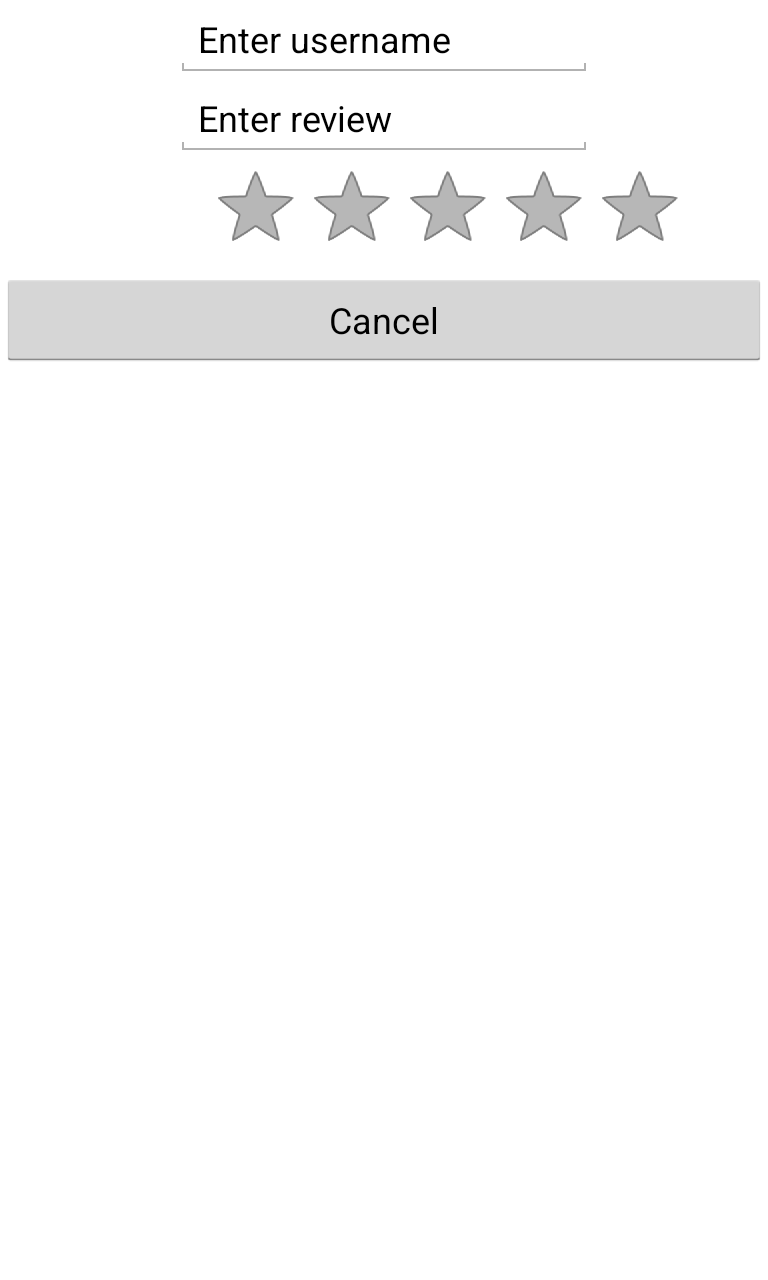
Repository: yash256/atnt
Layout: WNY Farm Fresh/res/layout/dialog.xml
The author's editor kept a copy of each file at every save. The layout is drawn from the files as they stood at one save, then again after the next save.
It is drawn on a 768 x 1280 px phone screen (xhdpi) without system bars, with theme AppTheme; the app's code is not run.

Above is the layout before, as saved 2014-11-10 20:50:52.

### WNY Farm Fresh/res/layout/dialog.xml
<?xml version="1.0" encoding="utf-8"?>
<GridLayout xmlns:android="http://schemas.android.com/apk/res/android"
    android:layout_width="match_parent"
    android:layout_height="match_parent"
    android:orientation="vertical"
    android:columnCount="8" xmlns:tools="http://schemas.android.com/tools">



    <EditText
        android:id="@+id/username"
        android:layout_columnSpan="6"
        android:layout_gravity="center_horizontal"
        android:ems="10"
        android:text="@string/username_edittext"
        android:inputType="textPersonName"
        android:layout_row="0">

    </EditText>
    <EditText
        android:id="@+id/review_text"
        android:layout_columnSpan="6"
        android:layout_gravity="center_horizontal"
        android:ems="10"
        android:text="@string/review_text_edittext"
        android:inputType="textMultiLine"
        android:layout_row="1">
    </EditText>

    <RatingBar
        android:id="@+id/ratingBar1"
        android:layout_columnSpan="8"
        android:layout_gravity="center_horizontal"
        android:layout_row="2"
        />

    <Button
        android:id="@+id/cancel_review"
        android:text="@string/cancel"
         android:layout_column="1"
		android:layout_columnSpan="4"
        android:layout_gravity="left"
        android:layout_row="3"
        android:layout_width="fill_parent"
        />

    <Button
        android:id="@+id/ok_review"
        android:layout_column="7"
        android:layout_gravity="left|top"
        android:layout_row="3"
        android:text="@string/ok" />

</GridLayout>

### WNY Farm Fresh/res/values/strings.xml
<?xml version="1.0" encoding="utf-8"?>
<resources>

    <string name="app_name">Farmdroid</string>
    <string name="hello_world">Hello world!</string>
    <string name="action_settings">Settings</string>
    <string name="username">username</string>
    <string name="rating">Rating</string>
    <string name="review_text">review text</string>
    <string name="title_activity_main">MainActivity</string>
    <string name="top_items_header_text">Best known for</string>
    <string name="reviews_header">Reviews</string>
	<string name="username_edittext">Enter username</string>
	<string name="review_text_edittext">Enter review</string>
	<string name="add_review_btn">Add Review</string>
	<string name="cancel">Cancel</string>
	<string name="ok">OK</string>
</resources>

Loaded but not shown: WNY Farm Fresh/res/values/styles.xml (common file); WNY Farm Fresh/res/values-v11/styles.xml (common file); WNY Farm Fresh/res/values-v14/styles.xml (common file)

After the next save:
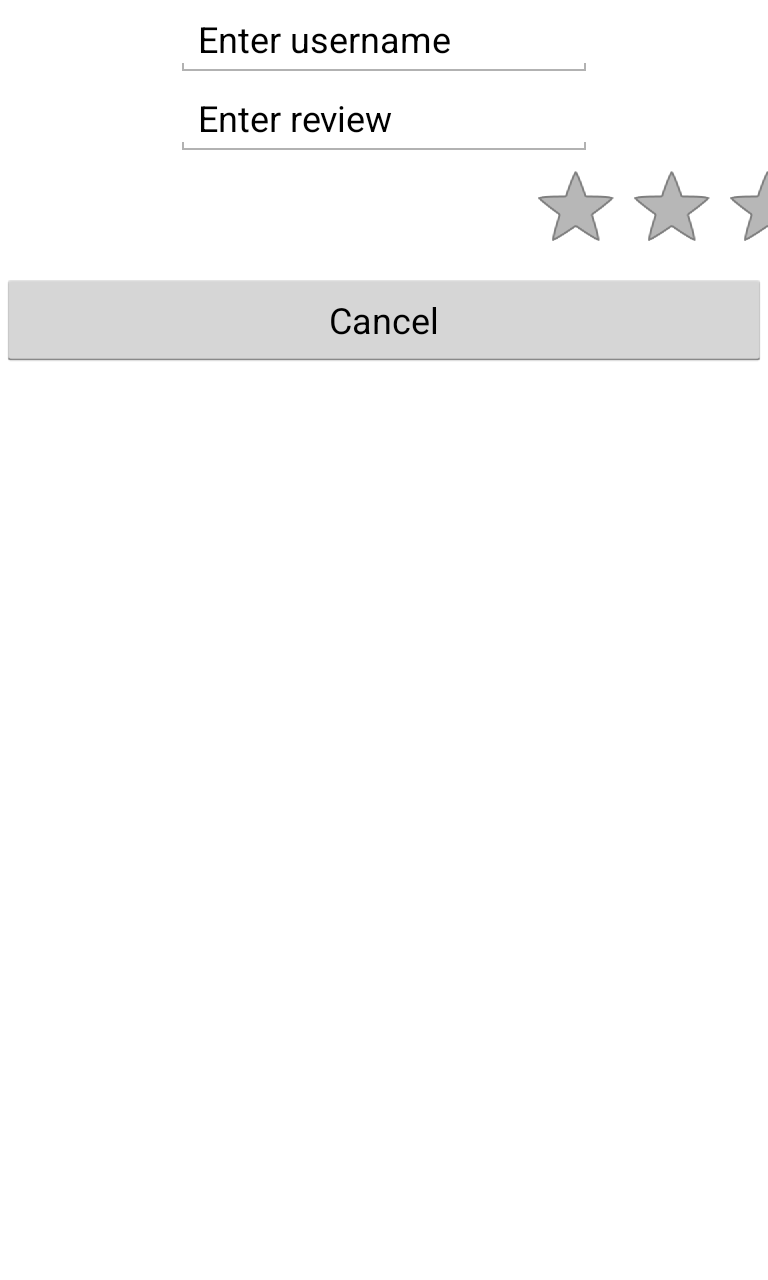
Saved 13 s later.
--- a/WNY Farm Fresh/res/layout/dialog.xml
+++ b/WNY Farm Fresh/res/layout/dialog.xml
@@ -49,6 +49,7 @@
         android:layout_column="7"
         android:layout_gravity="left|top"
         android:layout_row="3"
-        android:text="@string/ok" />
+        android:text="@string/ok"
+        android:layout_width="fill_parent"/>
 
 </GridLayout>
